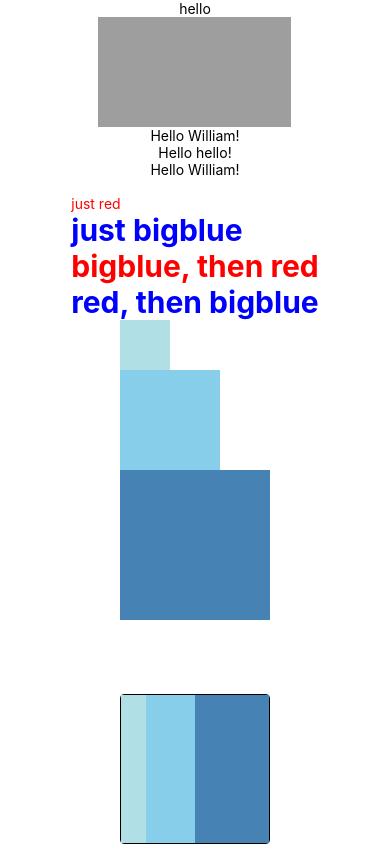
Repository: wcc17/project-adara
Screen: / (app in ProjectAdara/)
The author's editor kept a copy of each file at every save. The screen is drawn from the files as they stood at one save, then again after the next save.
Pictures or frames that could not be fetched are drawn as grey boxes. The app was drawn by React Native's web renderer in a window 390 px wide. The project was rebuilt for these pictures with package versions that can differ from the ones it lists, and the page was loaded fresh each time.

Above is the screen before, as saved 2018-05-27 13:36:55.

After the next save:
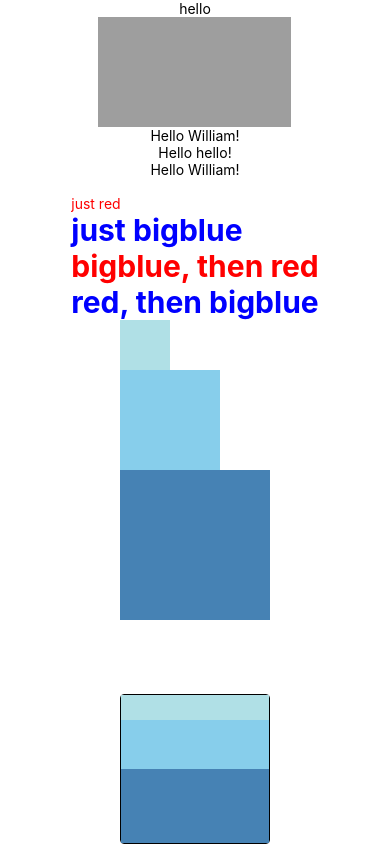
Saved 5 s later.
--- a/ProjectAdara/App.js
+++ b/ProjectAdara/App.js
@@ -128,7 +128,7 @@ const flexDimensionStyleSheet = StyleSheet.create({
         borderColor: 'black',
 
         //column is default it looks like
-        flexDirection: 'row',
-        // justifyContent: 'space-between',
+        // flexDirection: 'row',
+        justifyContent: 'space-between',
     },
 });
